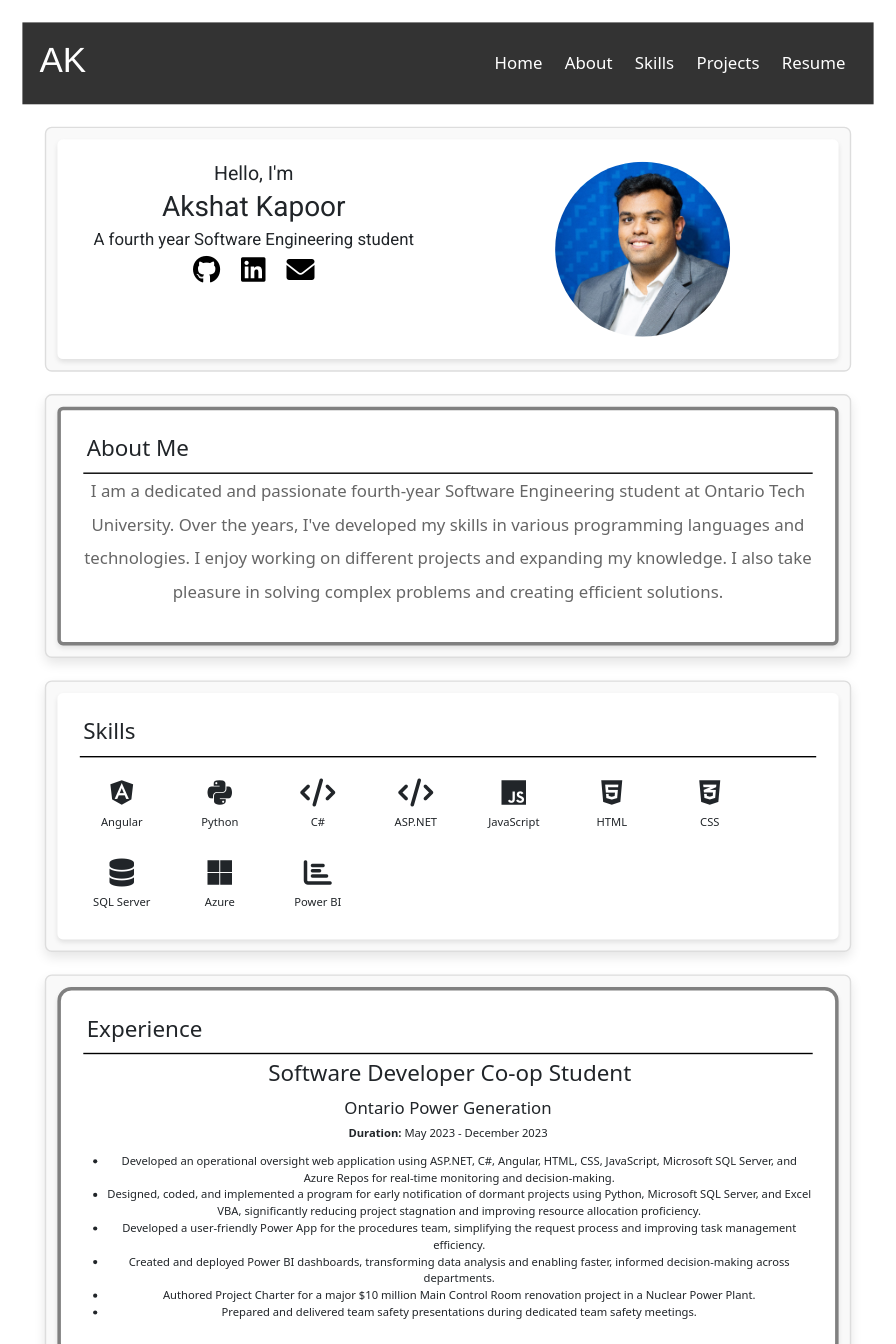
Repository: AkshatKapo/My-Portfolio
Page: /
These files come from the project's save history. The page is drawn as it stood at one moment and after the next save; the edit follows.
The browser window is 1280 px wide. The pictures show the part of the page from y = 0 to 1920 px (the page is 3269 px tall), at 70% of full size.
The project was rebuilt for these pictures with package versions that can differ from the ones it lists, and the page was loaded fresh each time. Also part of the build but not shown: vite.config.js.

Above is the page before, as saved 2024-06-18 09:52:19.

After the next save:
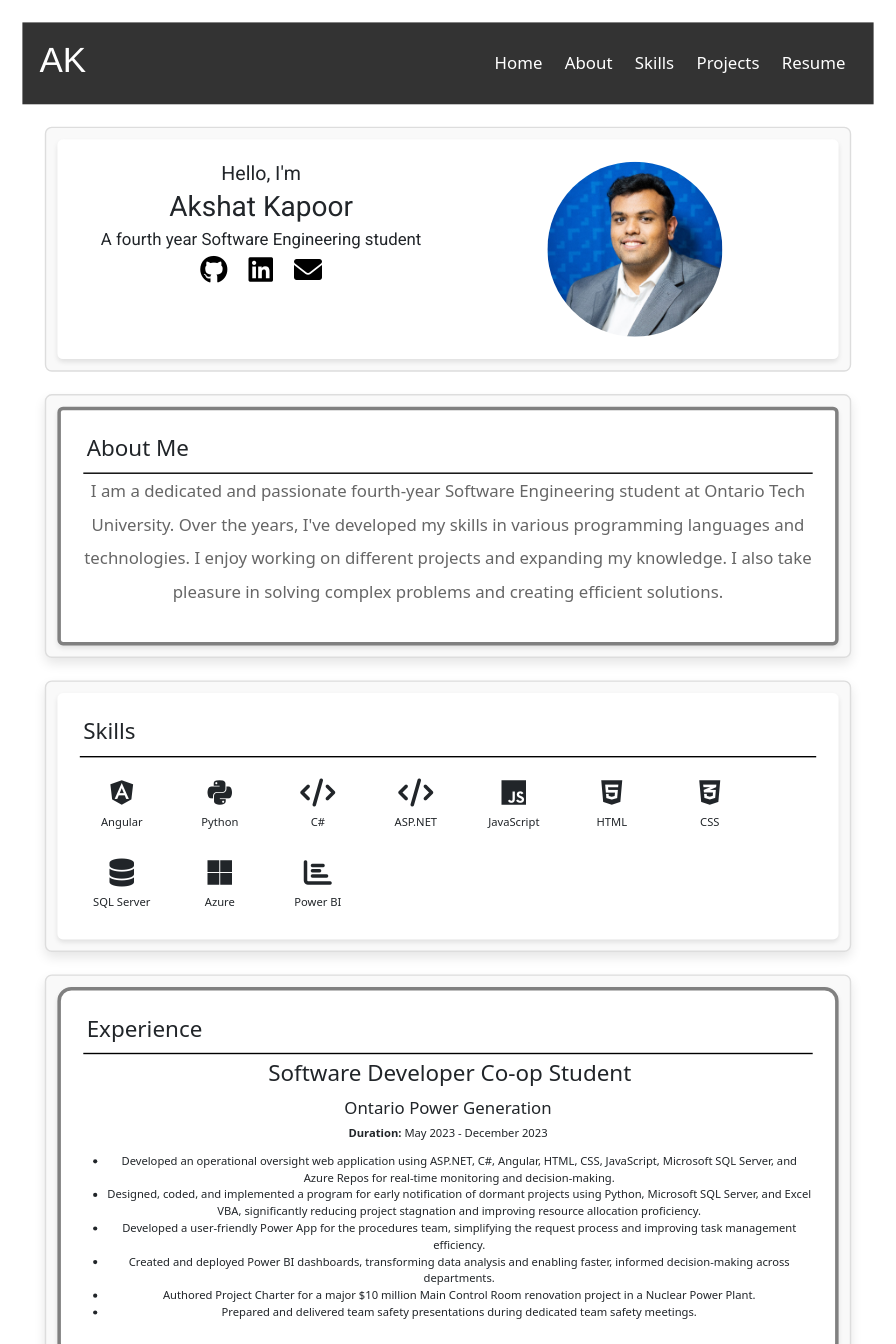
Saved 27 s later.
--- a/src/components/Home.jsx
+++ b/src/components/Home.jsx
@@ -22,7 +22,7 @@ const Home = () => {
               </a>
             </div>
           </div>
-          <div className="line1"></div>
+
           <div className="image-content">
             <img
               src="/assets/images/1666144074188.jpeg"
